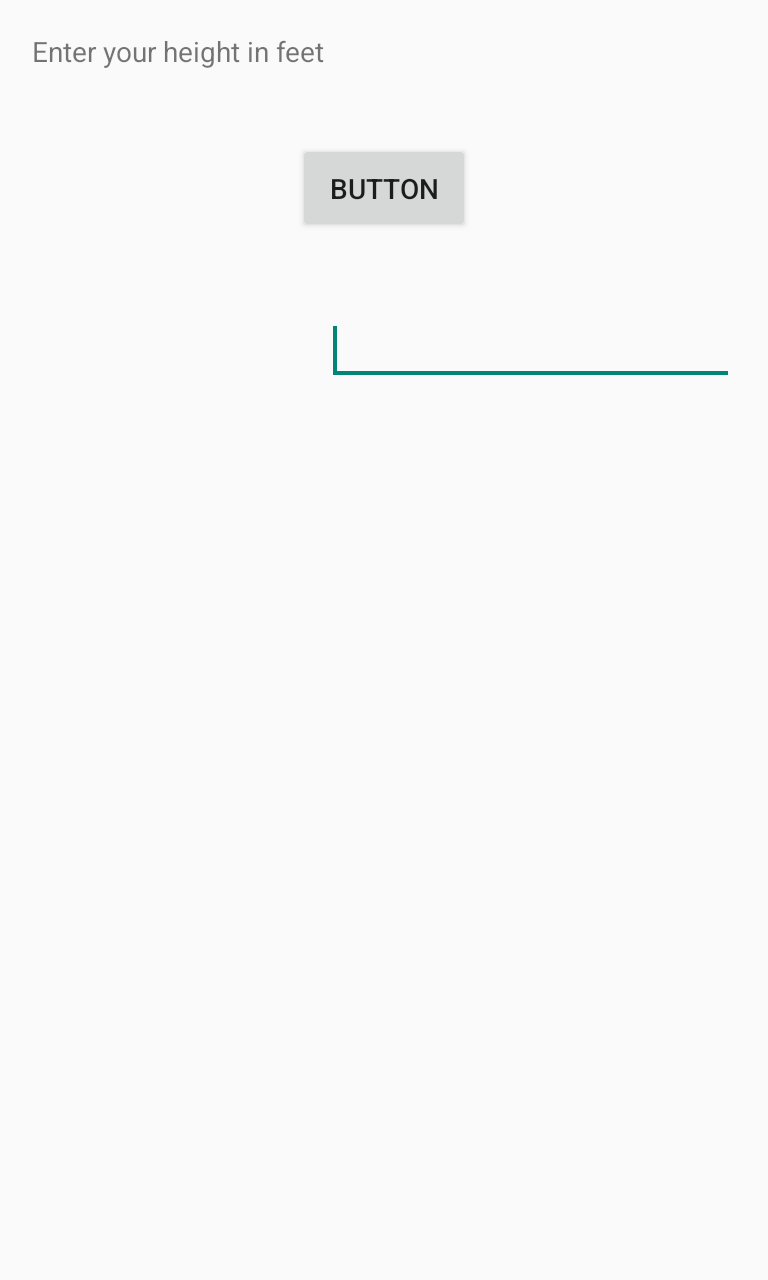
Repository: saikrishnar/Low-Vision-Aid-App
Layout: LVApp/ContrastIncrementor/res/layout/activity_main.xml
These files come from the project's save history. The layout is drawn as it stood at one moment and after the next save; the edit follows.
It is drawn on a 768 x 1280 px phone screen (xhdpi) without system bars, with theme AppTheme; the app's code is not run.

Above is the layout before, as saved 2014-07-16 13:46:47.

### LVApp/ContrastIncrementor/res/layout/activity_main.xml
<RelativeLayout xmlns:tools="http://schemas.android.com/tools"
    android:layout_width="match_parent"
    android:layout_height="match_parent"
    android:paddingBottom="@dimen/activity_vertical_margin"
    android:paddingLeft="@dimen/activity_horizontal_margin"
    android:paddingRight="@dimen/activity_horizontal_margin"
    android:paddingTop="@dimen/activity_vertical_margin"
    tools:context="com.example.contrastincrementor.MainActivity" xmlns:android="http://schemas.android.com/apk/res/android">

    <TextView
        android:id="@+id/textView1"
        android:layout_width="wrap_content"
        android:layout_height="wrap_content"
        android:text="@string/height" />

    <EditText
        android:id="@+id/height"
        android:layout_width="wrap_content"
        android:layout_height="wrap_content"
        android:layout_below="@+id/textView1"
        android:layout_marginTop="118dp"
        android:layout_toRightOf="@+id/textView1"
        android:ems="10"
        android:inputType="numberDecimal" >

        <requestFocus />
    </EditText>

    <Button
        android:id="@+id/ok"
        android:layout_width="wrap_content"
        android:layout_height="wrap_content"
        android:layout_below="@+id/editText1"
        android:layout_centerHorizontal="true"
        android:layout_marginTop="54dp"
        android:text="Button" />

</RelativeLayout>

### LVApp/ContrastIncrementor/res/values/strings.xml
<?xml version="1.0" encoding="utf-8"?>
<resources>

    <string name="app_name">ContrastIncrementor</string>
    <string name="hello_world">Hello world!</string>
    <string name="action_settings">Settings</string>
    <string name="height">Enter your height in feet</string>

</resources>

Loaded but not shown: LVApp/ContrastIncrementor/res/values/styles.xml (common file); LVApp/ContrastIncrementor/res/values-v11/styles.xml (common file); LVApp/ContrastIncrementor/res/values-v14/styles.xml (common file); LVApp/ContrastIncrementor/res/values/dimens.xml (common file); LVApp/ContrastIncrementor/res/values-w820dp/dimens.xml (common file)

After the next save:
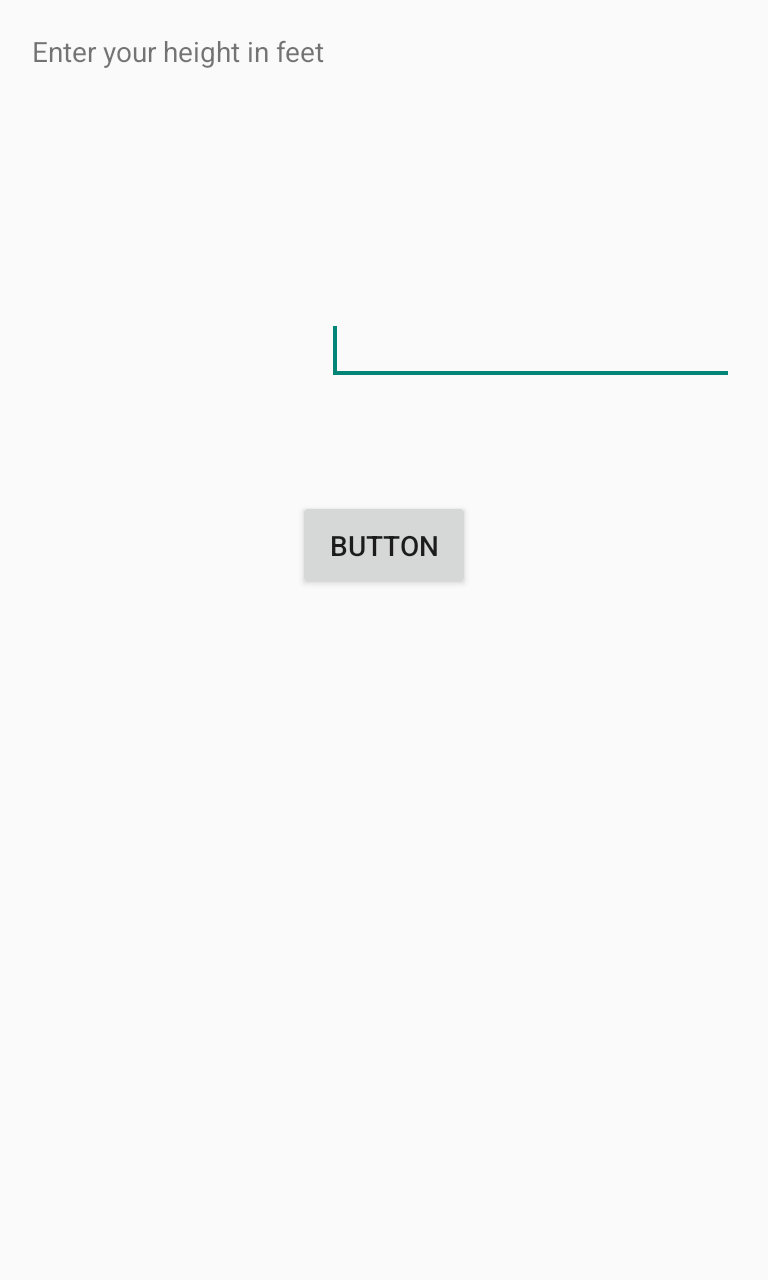
Saved 10 min 22 s later.
--- a/LVApp/ContrastIncrementor/res/layout/activity_main.xml
+++ b/LVApp/ContrastIncrementor/res/layout/activity_main.xml
@@ -30,7 +30,7 @@
         android:id="@+id/ok"
         android:layout_width="wrap_content"
         android:layout_height="wrap_content"
-        android:layout_below="@+id/editText1"
+        android:layout_below="@+id/height"
         android:layout_centerHorizontal="true"
         android:layout_marginTop="54dp"
         android:text="Button" />
